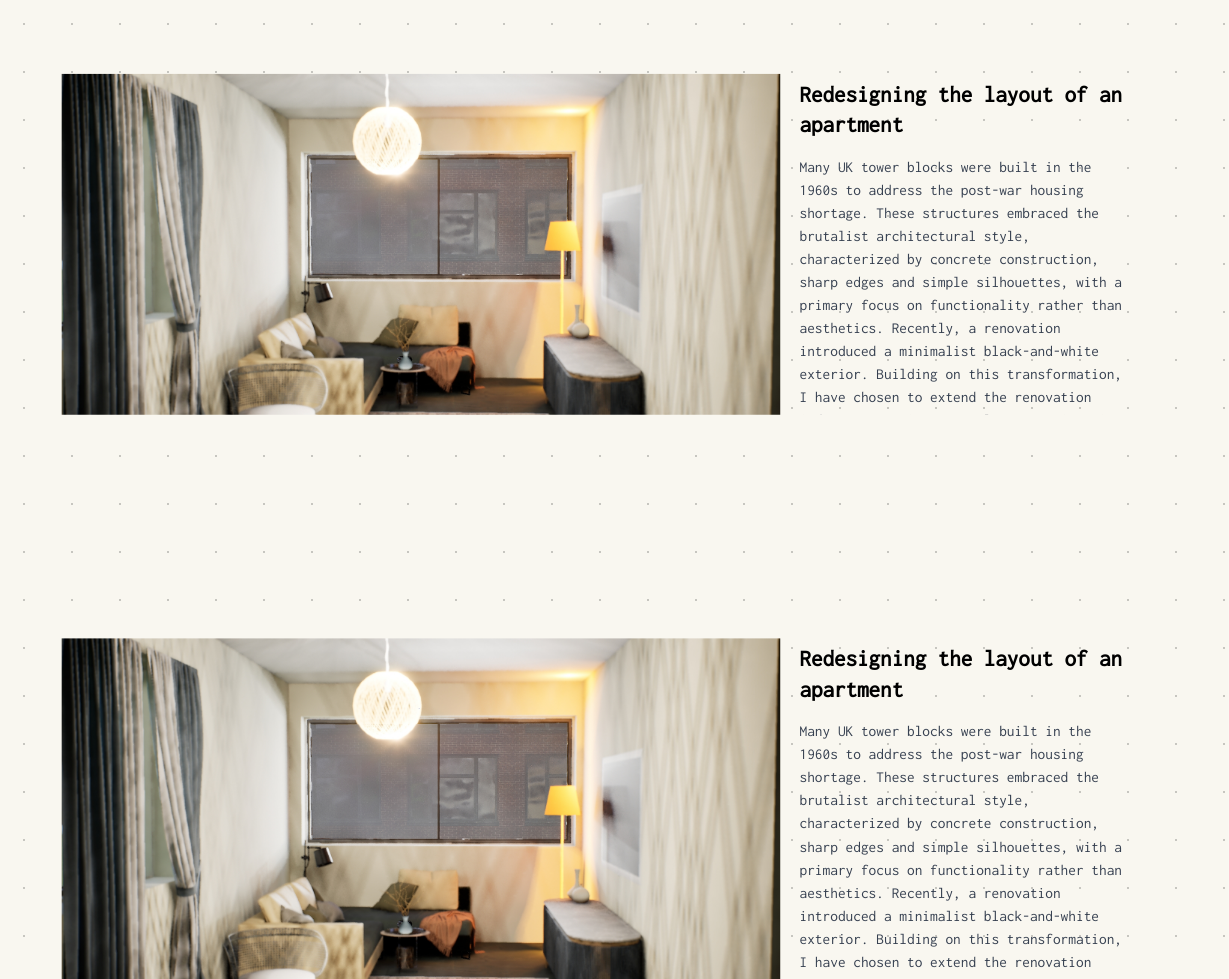
Repository: BBRRE/Portfolio-V2
Page: /#/Architecture
An editor plug-in stored every save of this project. The page is shown before and after the next save, followed by the edit.
The browser window is 1280 px wide. The pictures show the whole page, at 96% of full size.
Some web fonts or font styles are not loaded; a fallback is used. The project was rebuilt for these pictures with package versions that can differ from the ones it lists, and the page was loaded fresh each time. Also part of the build but not shown: vite.config.js, src/Subjects/CompSci.jsx, src/Subjects/EEng.jsx, src/Subjects/Other.jsx, src/Projects Overview.jsx, src/HomePage.jsx, src/ErrorBoundary.jsx.

Above is the page before, as saved 2024-11-26 19:21:11.

After the next save:
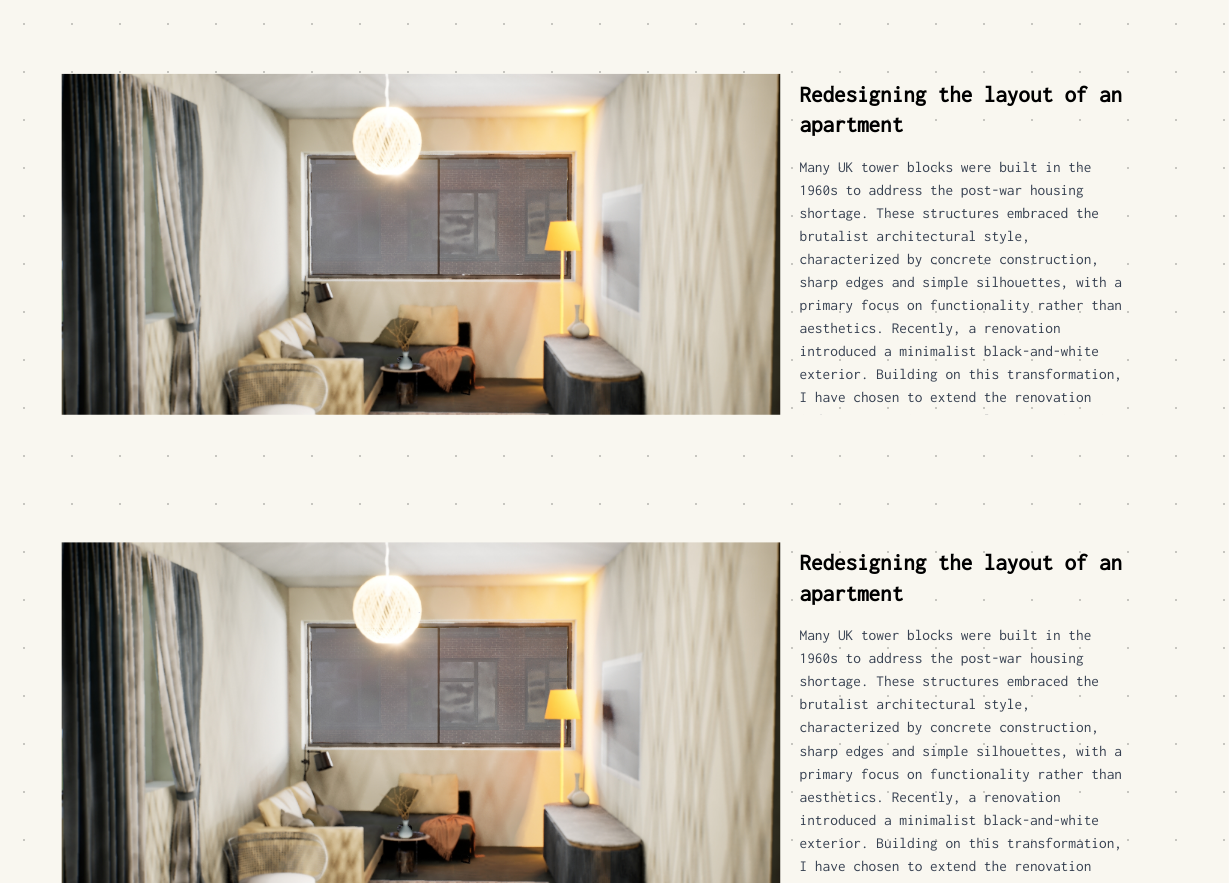
Saved 18 s later.
--- a/src/Subjects/Archi.jsx
+++ b/src/Subjects/Archi.jsx
@@ -245,7 +245,7 @@ const Arcchi = () => {
 
 
 
-    <div className={` font-inconsolata w-full overflow-hidden `}>
+    <div className={` font-inconsolata w-full overflow-hidden mt-[-100px] `}>
       <motion.div
         className="flex flex-col pt-[60px] md:pt-[100px] gap-4 md:gap-8 w-full"
         initial="hidden"
